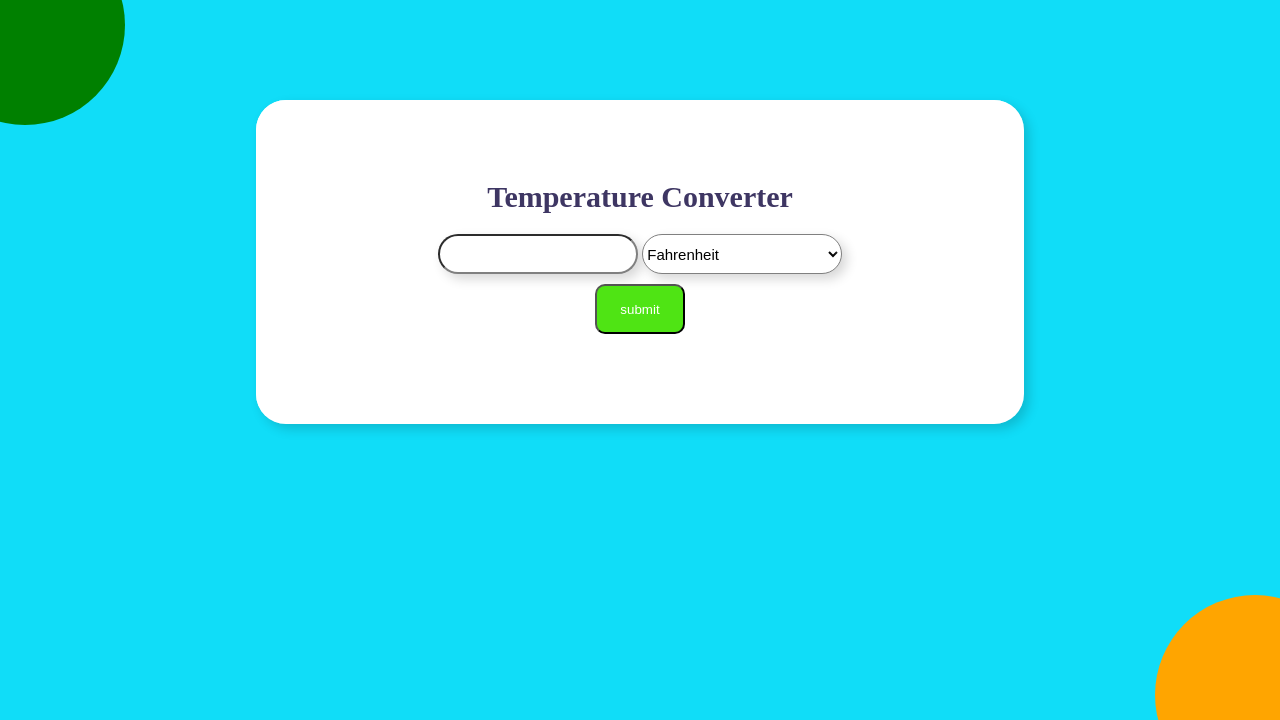
Repository: Mayur2905/OIBSIP
Page: Task-4/index.html
An editor plug-in stored every save of this project. The page is shown before and after the next save, followed by the edit.
The browser window is 1280 px wide. The pictures show the whole page.

Above is the page before, as saved 2022-02-03 23:51:45.

After the next save:
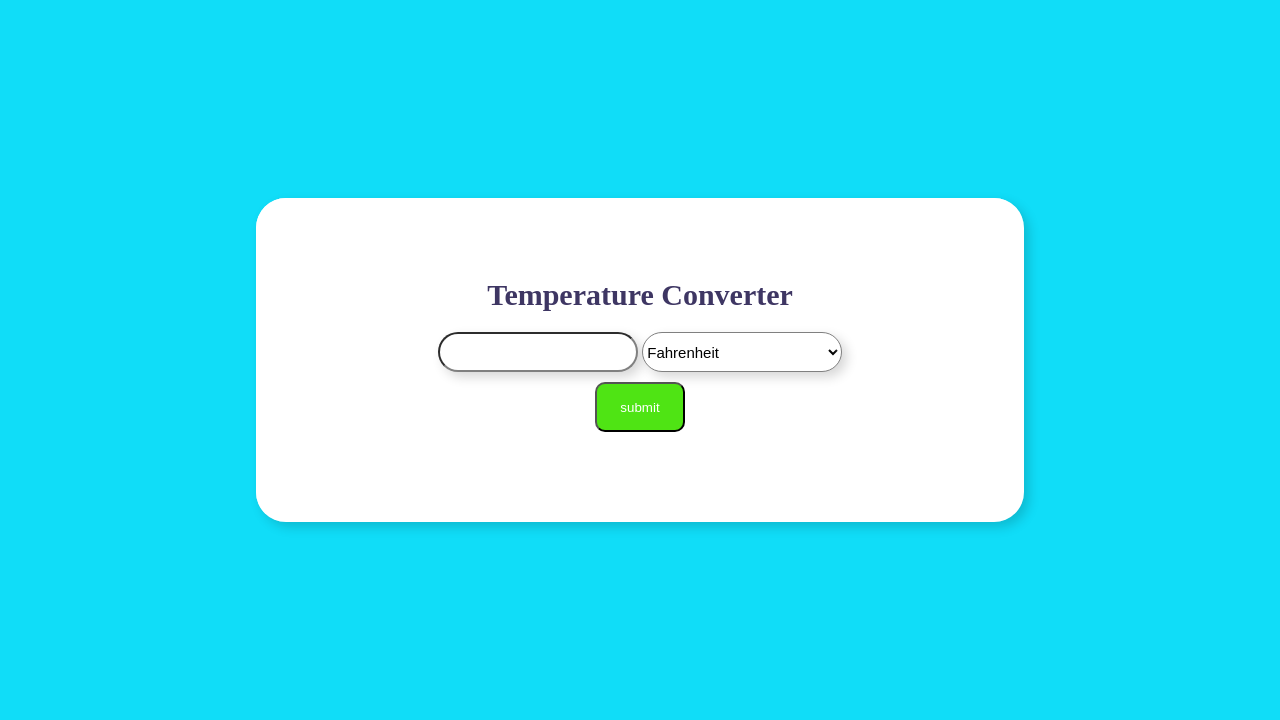
Saved 39 s later.
--- a/Task-4/index.html
+++ b/Task-4/index.html
@@ -8,17 +8,17 @@
     <link rel="stylesheet" href="style.css">
 </head>
 <body>
-    <div class="bg-balls">
-        <div id="tempCalc">
+    <div >
+        <form id="tempCalc" onsubmit="convert(); return false">
             <label for="temp">Temperature Converter</label><br/>
             <input type="text" name="temp" id="temp">
             <select name="temp_diff" id="type">
                 <option value="fah">Fahrenheit</option>
                 <option value="Kel">Kelvin</option>
             </select><br/>
-            <input id="btn" type="submit" onclick="convert()" value="submit" name="temp">
+            <input id="btn" type="submit" value="submit" name="temp">
             <div id="result"></div>
-        </div>
+        </form>
         <script type = "text/javascript" src="script.js"></script>
     </div>
 </body>
